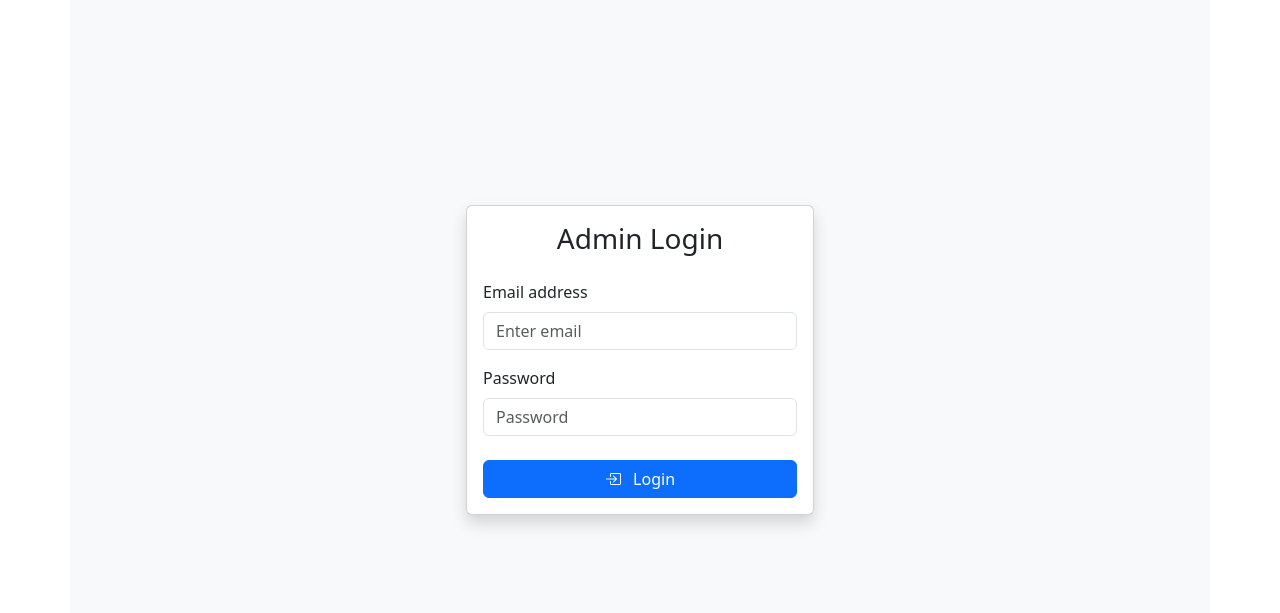
Repository: Jamil326/mjstore_dashboard
Page: /signup (app in mjstore_dashboard/)
An editor plug-in stored every save of this project. The page is shown before and after the next save, followed by the edit.
The browser window is 1280 px wide. The pictures show the whole page.
The project was rebuilt for these pictures with package versions that can differ from the ones it lists, and the page was loaded fresh each time. Also part of the build but not shown: mjstore_dashboard/vite.config.js, mjstore_dashboard/src/components/Sidebar.jsx, mjstore_dashboard/src/components/Header.jsx, mjstore_dashboard/src/pages/SignupPage.jsx, mjstore_dashboard/src/pages/DashboardPage.jsx, mjstore_dashboard/src/components/ProductsSearch.jsx, mjstore_dashboard/src/pages/SearchPage.jsx, mjstore_dashboard/src/pages/AdminListPage.jsx and 6 more.

Above is the page before, as saved 2025-07-06 16:04:05.

### mjstore_dashboard/src/main.jsx
import { StrictMode } from 'react'
import { createRoot } from 'react-dom/client'
import './index.css'
import 'bootstrap/dist/css/bootstrap.min.css';
import 'bootstrap-icons/font/bootstrap-icons.css';

import App from './App.jsx'

createRoot(document.getElementById('root')).render(
  <StrictMode>
    <App />
  </StrictMode>,
)

### mjstore_dashboard/src/App.jsx
import { BrowserRouter as Router, Routes, Route, Navigate } from "react-router-dom";
import { useState, useEffect } from "react";
import Sidebar from "./components/Sidebar";
import Header from "./components/Header";
import SignupPage from './pages/SignupPage';
import DashboardPage from "./pages/DashboardPage";
import LoginPage from "./pages/LoginPage";
import SearchPage from './pages/SearchPage';
import AdminListPage from "./pages/AdminListPage";
import ProductsPage from "./pages/ProductsPage";
import UsersPage from "./pages/UsersPage";
import OrdersPage from "./pages/OrdersPage";
import ProductUpload from './pages/ProductUpload';
import UploadAssetsPage from "./pages/UploadAssetsPage";
import ProfileSettings from "./pages/ProfileSettings";
import axios from "axios";
import { Container, Row, Col } from "react-bootstrap";

export default function App() {
  const [user, setUser] = useState(null);

  useEffect(() => {
    const token = localStorage.getItem("token");
    if (token) {
      axios.defaults.headers.common["Authorization"] = `Bearer ${token}`;
      setUser({ token });
    }
  }, []);

  if (!user) {
    return (
      <Router>
        <Routes>
          <Route path="/login" element={<LoginPage setUser={setUser} />} />
          <Route path="*" element={<Navigate to="/login" />} />
        </Routes>
      </Router>
    );
  }

  return (
    <Router>
      <Container fluid className="min-vh-100 d-flex flex-column p-0">
        <Row className="flex-nowrap g-0 flex-grow-1">
          <Col xs="auto" className="bg-light border-end">
            <Sidebar />
          </Col>
          <Col className="d-flex flex-column">
            <Header setUser={setUser} />
            <main className="flex-grow-1 p-3 bg-body">
              <Routes>
                <Route path="/" element={<DashboardPage />} />
               <Route path="/signup" element={<SignupPage />} />
                <Route path="/admins" element={<AdminListPage />} />
                <Route path="/products" element={<ProductsPage />} />
                <Route path="/users" element={<UsersPage />} />
                <Route path="/orders" element={<OrdersPage />} />
                <Route path="/assets" element={<ProductUpload />} />
                <Route path="/settings" element={<ProfileSettings />} />
                <Route path="/searchpage" element={<SearchPage />} />

                <Route path="*" element={<Navigate to="/" />} />
              </Routes>
            </main>
          </Col>
        </Row>
      </Container>
    </Router>
  );
}

### mjstore_dashboard/src/pages/LoginPage.jsx
import { useState } from "react";
import { useNavigate } from "react-router-dom";
import axios from "axios";
import { Container, Row, Col, Card, Form, Button, Alert } from "react-bootstrap";

export default function LoginPage({ setUser }) {
  const [email, setEmail] = useState("");
  const [password, setPassword] = useState("");
  const [error, setError] = useState(null);
  const navigate = useNavigate();

  const handleLogin = async (e) => {
    e.preventDefault();
    try {
      const res = await axios.post("https://mj-store.onrender.com/api/v1/admin/login", { email, password });
      const token = res.data.token;
      localStorage.setItem("token", token);
      axios.defaults.headers.common["Authorization"] = `Bearer ${token}`;
      setUser({ token });
      navigate("/");
    } catch (err) {
      setError("Invalid email or password.");
    }
  };

  return (
    <Container className="min-vh-100 d-flex align-items-center justify-content-center bg-light">
      <Row className="w-100 justify-content-center">
        <Col xs={12} sm={10} md={6} lg={4}>
          <Card className="shadow">
            <Card.Body>
              <h3 className="mb-4 text-center">Admin Login</h3>
              {error && <Alert variant="danger">{error}</Alert>}
              <Form onSubmit={handleLogin}>
                <Form.Group controlId="email" className="mb-3">
                  <Form.Label>Email address</Form.Label>
                  <Form.Control
                    type="email"
                    placeholder="Enter email"
                    value={email}
                    onChange={(e) => setEmail(e.target.value)}
                    required
                  />
                </Form.Group>

                <Form.Group controlId="password" className="mb-4">
                  <Form.Label>Password</Form.Label>
                  <Form.Control
                    type="password"
                    placeholder="Password"
                    value={password}
                    onChange={(e) => setPassword(e.target.value)}
                    required
                  />
                </Form.Group>

                <Button type="submit" variant="primary" className="w-100">
                  <i className="bi bi-box-arrow-in-right me-2"></i> Login
                </Button>
              </Form>
            </Card.Body>
          </Card>
        </Col>
      </Row>
    </Container>
  );
}

Loaded but not shown: mjstore_dashboard/index.html (common file); mjstore_dashboard/src/index.css (no stored copy; drawn as an empty file)

After the next save:
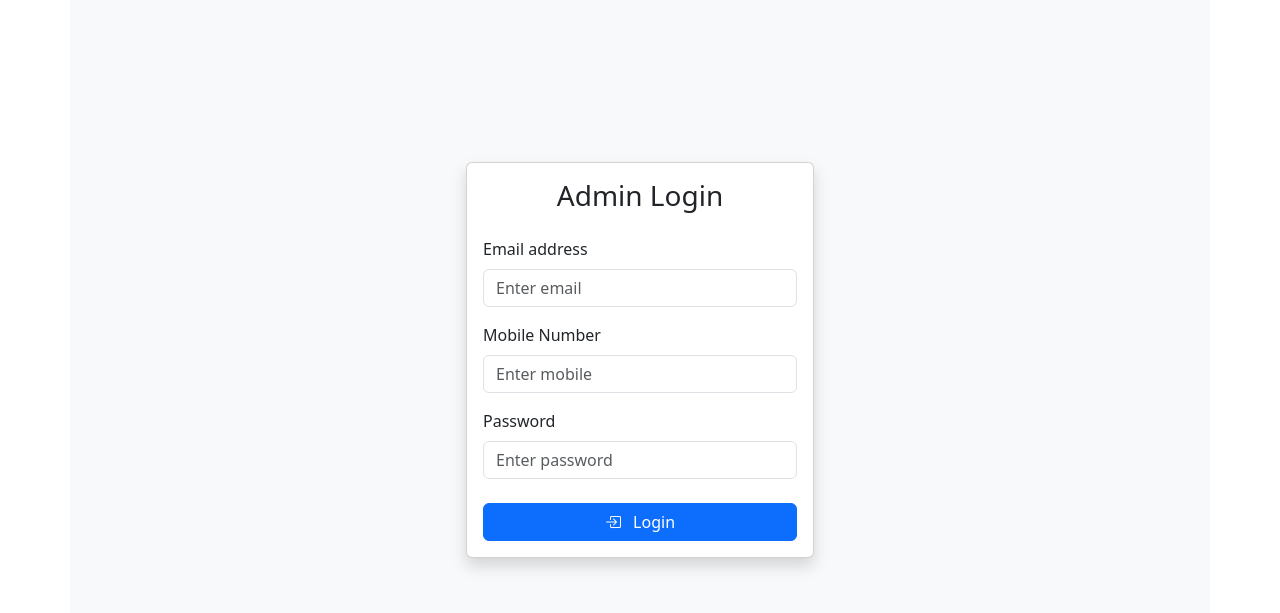
Saved 10 min 35 s later.
--- a/mjstore_dashboard/src/pages/LoginPage.jsx
+++ b/mjstore_dashboard/src/pages/LoginPage.jsx
@@ -5,6 +5,7 @@ import { Container, Row, Col, Card, Form, Button, Alert } from "react-bootstrap"
 
 export default function LoginPage({ setUser }) {
   const [email, setEmail] = useState("");
+  const [mobile, setMobile] = useState("");
   const [password, setPassword] = useState("");
   const [error, setError] = useState(null);
   const navigate = useNavigate();
@@ -12,14 +13,19 @@ export default function LoginPage({ setUser }) {
   const handleLogin = async (e) => {
     e.preventDefault();
     try {
-      const res = await axios.post("https://mj-store.onrender.com/api/v1/admin/login", { email, password });
+      const res = await axios.post("https://mj-store.onrender.com/api/v1/admin/login", {
+        email,
+        mobile,
+        password,
+      });
+
       const token = res.data.token;
       localStorage.setItem("token", token);
       axios.defaults.headers.common["Authorization"] = `Bearer ${token}`;
       setUser({ token });
       navigate("/");
     } catch (err) {
-      setError("Invalid email or password.");
+      setError("Invalid credentials. Please try again.");
     }
   };
 
@@ -31,6 +37,7 @@ export default function LoginPage({ setUser }) {
             <Card.Body>
               <h3 className="mb-4 text-center">Admin Login</h3>
               {error && <Alert variant="danger">{error}</Alert>}
+
               <Form onSubmit={handleLogin}>
                 <Form.Group controlId="email" className="mb-3">
                   <Form.Label>Email address</Form.Label>
@@ -43,11 +50,22 @@ export default function LoginPage({ setUser }) {
                   />
                 </Form.Group>
 
+                <Form.Group controlId="mobile" className="mb-3">
+                  <Form.Label>Mobile Number</Form.Label>
+                  <Form.Control
+                    type="text"
+                    placeholder="Enter mobile"
+                    value={mobile}
+                    onChange={(e) => setMobile(e.target.value)}
+                    required
+                  />
+                </Form.Group>
+
                 <Form.Group controlId="password" className="mb-4">
                   <Form.Label>Password</Form.Label>
                   <Form.Control
                     type="password"
-                    placeholder="Password"
+                    placeholder="Enter password"
                     value={password}
                     onChange={(e) => setPassword(e.target.value)}
                     required
